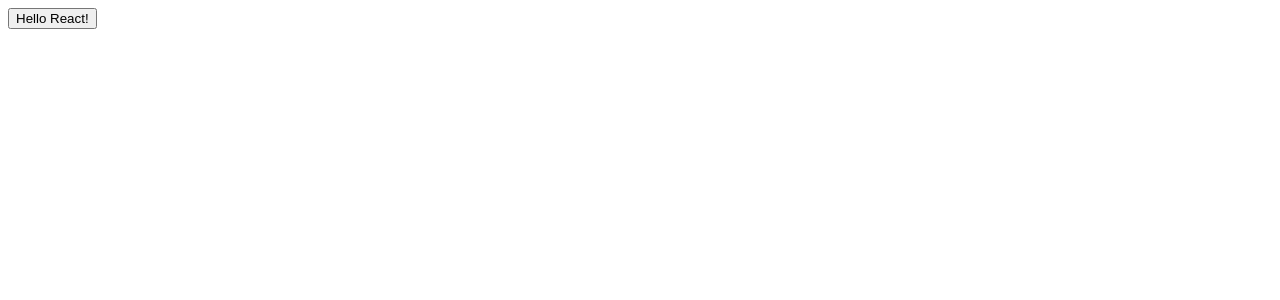
Repository: gavin2010/Frontend_react-demo
Page: hello_react_1.html
The author's editor kept a copy of each file at every save. The page is drawn from the files as they stood at one save, then again after the next save.
The browser window is 1280 px wide. The pictures show the whole page.

Above is the page before, as saved 2023-03-30 03:34:53.

### hello_react_1.html
<!DOCTYPE html>
<html>
<head>
    <meta charset="UTF-8">
    <title>hello react</title>
    <script src="./js/react.development.js" ></script>
    <script src="./js/react-dom.development.js" ></script>

</head>
<body>
    <div id="example"></div>
    <script src="./js/hello_react.js" ></script>

</body>
</html>

### js/hello_react.js
ReactDOM.render(
    React.createElement('button',{},'Hello React!'),
    document.getElementById("example")
)

Loaded but not shown: js/react-dom.development.js (library); js/react.development.js (3318 lines, source omitted)

After the next save:
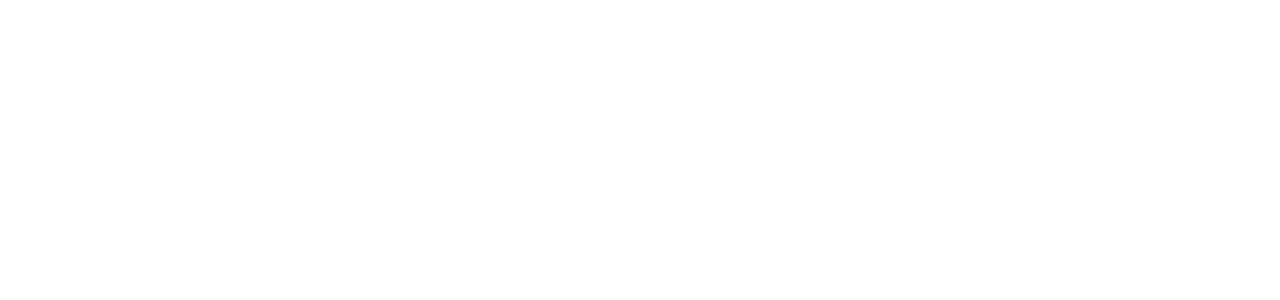
Console error: SyntaxError: Unexpected token '<'
Saved 8 min 42 s later.
--- a/js/hello_react.js
+++ b/js/hello_react.js
@@ -1,4 +1,4 @@
 ReactDOM.render(
-    React.createElement('button',{},'Hello React!'),
+    <h2>Hello,React</h2>,
     document.getElementById("example")
 )

After the save that followed:
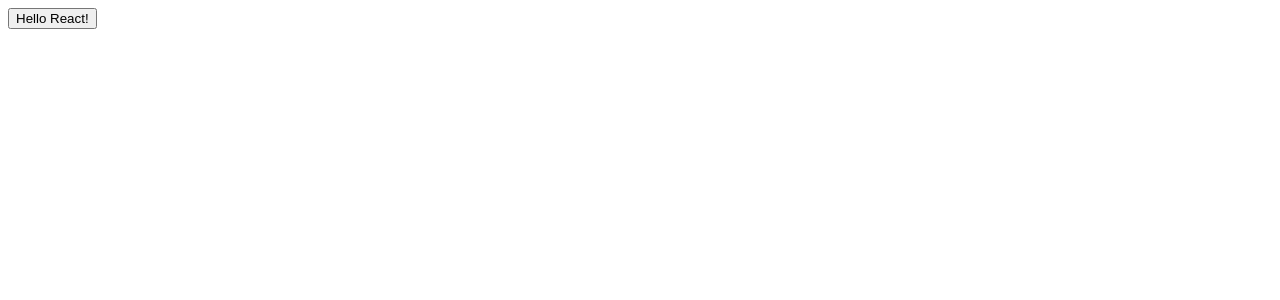
The error is gone.
Saved 13 s later.
--- a/js/hello_react.js
+++ b/js/hello_react.js
@@ -1,4 +1,4 @@
 ReactDOM.render(
-    <h2>Hello,React</h2>,
+    React.createElement('button',{},'Hello React!'),
     document.getElementById("example")
 )
